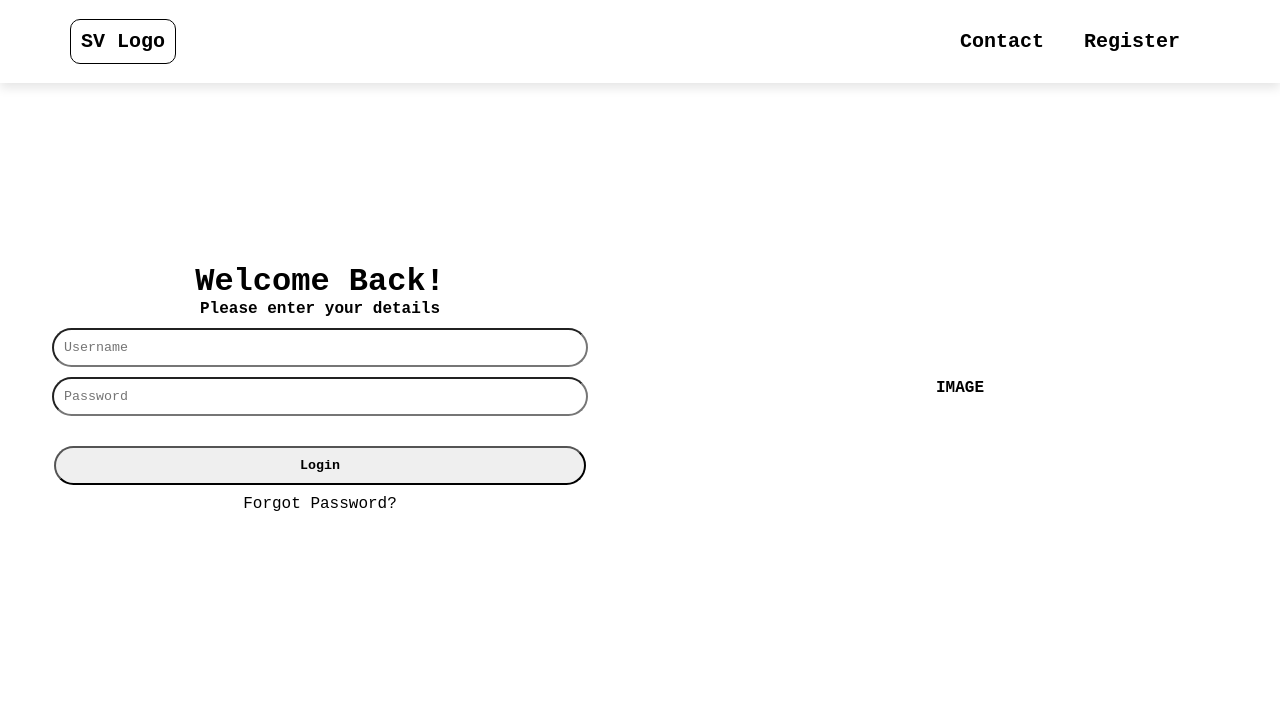
Repository: BuddhimaB/SecureVisionAI
Page: / (app in client/)
The author's editor kept a copy of each file at every save. The page is drawn from the files as they stood at one save, then again after a run of saves.
The browser window is 1280 px wide. The pictures show the whole page.
The project was rebuilt for these pictures with package versions that can differ from the ones it lists, and the page was loaded fresh each time. Also part of the build but not shown: client/src/components/BottomDetails/Bottom.css.

Above is the page before, as saved 2024-07-13 19:21:14.

### client/public/index.html
<!DOCTYPE html>
<html lang="en">
  <head>
    <meta charset="utf-8" />
    <link rel="icon" href="%PUBLIC_URL%/favicon.ico" />
    <meta name="viewport" content="width=device-width, initial-scale=1" />

    <meta
      name="description"
      content="Web site created using create-react-app"
    />
    <link rel="preconnect" href="https://fonts.googleapis.com">
<link rel="preconnect" href="https://fonts.gstatic.com" crossorigin>
<link href="https://fonts.googleapis.com/css2?family=Roboto:ital,wght@0,100;0,300;0,400;0,500;0,700;0,900;1,100;1,300;1,400;1,500;1,700;1,900&display=swap" rel="stylesheet">
<link rel="stylesheet" href="style.css">
    <title>SecureVision App</title>
  </head>
  <body>
    <noscript>You need to enable JavaScript to run this app.</noscript>
    <div id="root"></div>

  </body>
</html>

### client/src/App.js
import Login from "./Pages/Login/login";

function App() {
  return (
    <div className="App">
      <Login />
    </div>
  );
}

export default App;

### client/src/Pages/Login/login.jsx
import './Login.css'
import Topbar from '../../components/Topbar/Topbar'

export default function Login() {
  return (
    <div>
      <Topbar />
      <div className='feedContainer'>
        <div className="feedLeft">
          <h1>Welcome Back!</h1>
          <h4> Please enter your details</h4>
          <div className="inputField">
          <input
          className='inputField'
          type="text"
          placeholder="Username" />

          <input className='inputField'
          type="password"
          placeholder="Password" />
          </div>
          <button className="loginButton">Login</button>
          <span>Forgot Password?</span>
        </div>

        <div className="feedRight">
          <h4>IMAGE</h4>

        </div>
        </div>

    </div>
  )
}

### client/src/Pages/Login/Login.css
.feedContainer{
    display: flex;
    justify-content: center;
    align-items: center;


}
.feedLeft{
    display: flex;
    flex-direction: column;
    justify-content: center;
    align-items: center;
    width: 50%;
    height: calc(100vh - 110px);

}
.inputField{
    display: flex;
    justify-content: center;
    align-items: center;
    flex-direction: column;
    margin-bottom: 10px;
    padding: 10px;
    border-radius: 40px;
    width: 80%;
}
.inputField > input{
    width: 100%;
    padding: 10px;


    margin-bottom: 10px;
}
.loginButton{
    padding: 10px;
    border-radius: 40px;
    width: 83%;

    color:black;
    font-weight: 700;
    cursor: pointer;
    margin-bottom: 10px;
}
.loginButton:hover{
    background-color: #9b1cc2;
    color:white
}
.feedRight{
    display: flex;
    justify-content: center;
    align-items: center;
    width: 50%;
    height: calc(100vh - 1100px);
    background-color: #fff;
}

### client/src/components/Topbar/Topbar.jsx
import './Topbar.css'

export default function Topbar() {
  return (
    <div className='topbarContainer'>
        <div className="topbarLeft">
            <span className="logo">SV Logo</span>
        </div>

        <div className="topbarRight">
            <div className="topbarLinks">
                <span className="topbarLink">Contact</span>
                <span className="topbarLink">Register</span>
            </div>

        </div>

    </div>
  )
}

### client/src/components/Topbar/Topbar.css
.topbarContainer{
    display: flex;
    justify-content: space-between;
    align-items: center;
    top: 0;
    z-index: 999;
    padding: 30px;
    background-color: #fff;
    box-shadow: 0 5px 10px rgba(0, 0, 0, 0.1);
    position: sticky;
}
.logo{
    font-size: 20px;
    font-weight: 700;
    border: 1px solid #000;
    padding: 10px;
    border-radius: 10px;
    margin-left: 40px;
}
.topbarRight{
    display: flex;
    align-items: center;
    margin-right: 40px;

}
.topbarLink{
    margin-right: 20px;
    font-size: 20px;
    font-weight: 700;
    padding: 10px;
    border-radius: 10px;
    cursor: pointer;
}
.topbarLink:hover{
    background-color: #9b1cc2;
    color: white;
}

### client/public/style.css
*{
    margin: 0;
    font-family: 'Courier New', Courier, monospace;
}

### client/src/components/BottomDetails/Bottom.jsx
import './Bottom.css'

export default function Bottom() {
  return (
    <div className='bottomContainer'>
        <div className='bottomLeft'>
            <h1>Bottom Left</h1>
        </div>
        <div className='bottomCenter'>
            <h1>Bottom Center</h1>
        </div>
        <div className='bottomRight'>
            <h1>Bottom Right</h1>
        </div>



    </div>
  )
}

Loaded but not shown: client/src/index.js (common file)

After the next 4 saves:
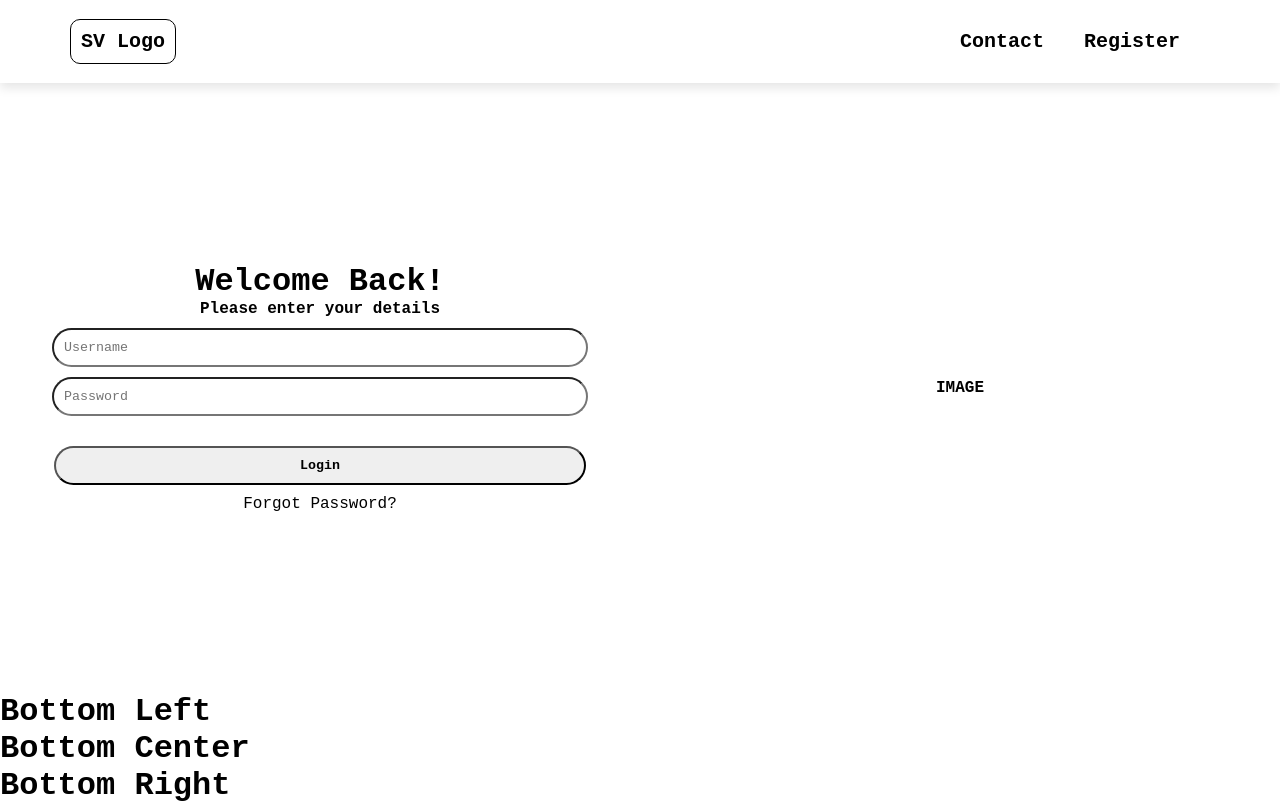
The 4 saves are shown as one change because 1 did not build or start and some came seconds apart.
The last was saved 14 s later.
--- a/client/src/Pages/Login/login.jsx
+++ b/client/src/Pages/Login/login.jsx
@@ -1,5 +1,6 @@
 import './Login.css'
 import Topbar from '../../components/Topbar/Topbar'
+import Bottom from '../../components/BottomDetails/Bottom'
 
 export default function Login() {
   return (
@@ -28,7 +29,7 @@ export default function Login() {
 
         </div>
         </div>
-
+        <Bottom />
     </div>
   )
 }
